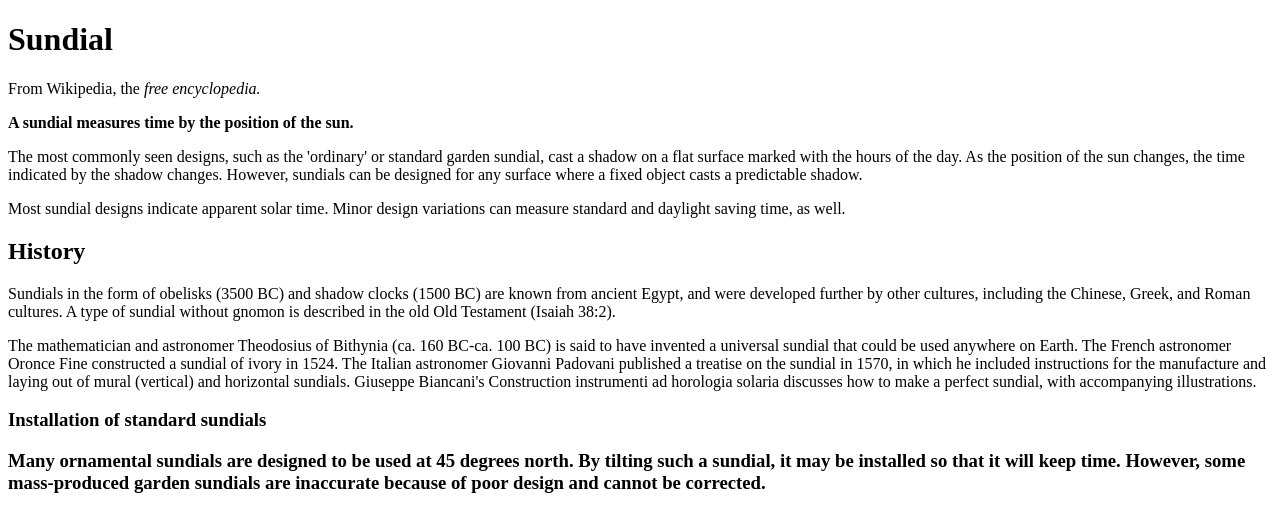
Repository: 9-5-pursuit/lab-intro-to-html
Page: sundial.html
An editor plug-in stored every save of this project. The page is shown before and after the next save, followed by the edit.
The browser window is 1280 px wide. The pictures show the whole page.

Above is the page before, as saved 2023-02-27 16:39:41.

After the next save:
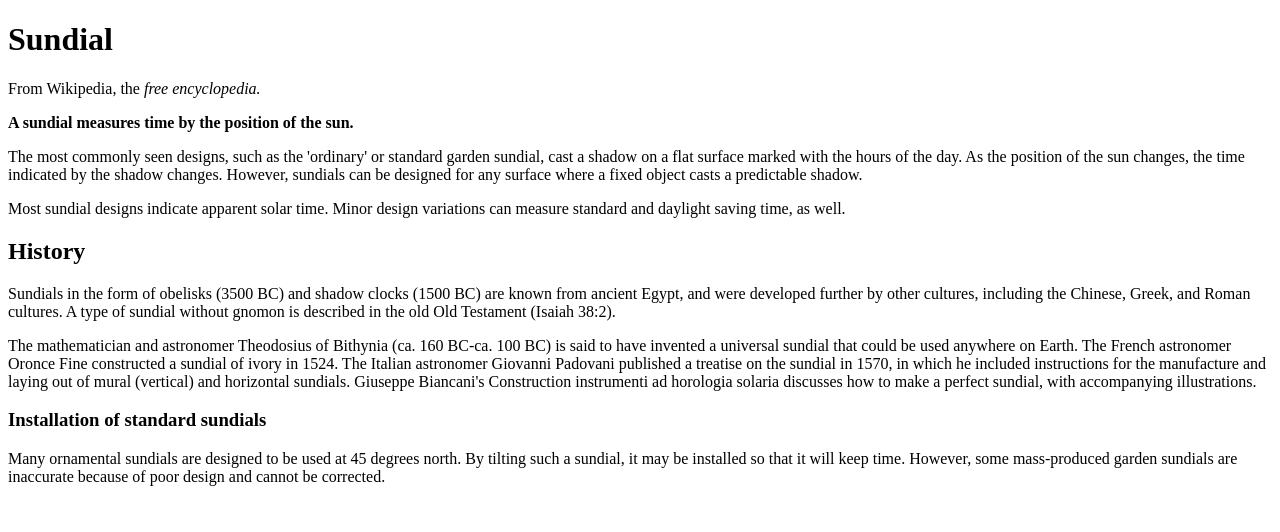
Saved 5 s later.
--- a/sundial.html
+++ b/sundial.html
@@ -44,7 +44,7 @@
     make a perfect sundial, with accompanying illustrations.
     </p>
     <span>
-      <h3>Installation of standard sundials
+      <h3>Installation of standard sundials</h3>
     </span>
     <p>
     Many ornamental sundials are designed to be used at 45
